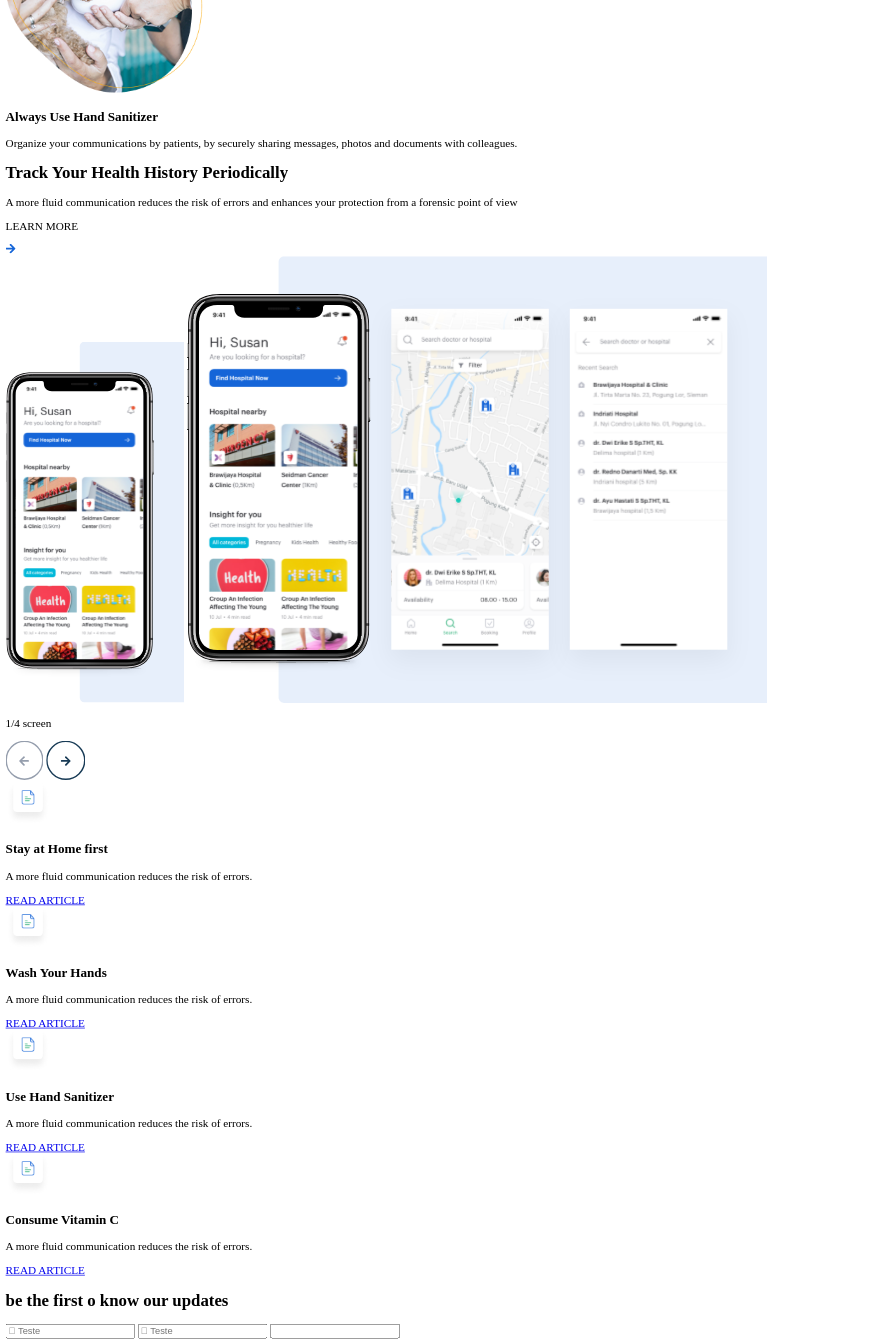
Repository: Esttevo/prova-html-css
Page: index.html
These files come from the project's save history. The page is drawn as it stood at one moment and after a run of saves; the edit follows.
The browser window is 1280 px wide. The pictures show the part of the page from y = 3453 to 5373 px (the page is 5373 px tall), at 70% of full size.
A picture or video elsewhere on the page could not be fetched, so the positions and the page height are approximate.

Above is the page before, as saved 2026-08-31 18:43:33.

### index.html
<!DOCTYPE html>
<html lang="en">
<head>
    <meta charset="UTF-8">
    <meta name="viewport" content="width=device-width, initial-scale=1.0">
    <title>Document</title>
    <link rel="stylesheet" href="https://cdnjs.cloudflare.com/ajax/libs/font-awesome/7.3.1/css/all.min.css" integrity="sha512-QeR2VH+lsBE5LSAe1Q5EnTBbe7XTBubt8dG93Y7gidSgdMCr8nVqKcfKAMyN96SV8KDbZVTDXChatu5G2KQGzg==" crossorigin="anonymous" referrerpolicy="no-referrer">
</head>
<body>
    <header>
        <img id="header-logo" src="img/icons/Logo.svg" alt="Logo escrita EHYA">

        <nav id="header-nav">
            <a class="no-chevron" href="#">Home</a>
            <a class="with-chevron" href="#">
                Landings
                <img src="img/icons/icon-chevron-down.svg" alt="indica que possui uma lista ao clicar">
            </a>
            <a class="with-chevron" href="#">
                Pages
                <img src="img/icons/icon-chevron-down.svg" alt="indica que possui uma lista ao clicar">
            </a>
            <a href="#">Docs</a>
            <a href="#">Help</a>
            <button>Get it now</button>
        </nav>

        <img src="img/icons/icon-menu-hamburger.svg" alt="Menu hamburger">
    </header>

    <main>
        <section id="section-hero">
            <div id="hero-text">
                <div class="estilization-bar"></div>

                <h4>
                    Changing the way you
                    go to healthcare
                </h4>

                <h1>
                    Primary Care
                    Designed for
                    Real Life
                </h1>

                <p>
                 Discuss patients,
                 share notes and documents
                 in a secure manner and be part
                 of a network of health professionals ready to
                 collaborate better.
                </p>

                <div id="subscribe">
                    <p id="email">
                        name@youremail.com
                    </p>

                    <button>
                        Subscribe
                    </button>
                </div>
            </div>
            <img src="img/image-hero.png" alt="4 medicos sorrindo e uma medica sobrepondo os 4">
        </section>

        <section id="section-connect">
            <div id="connect-tittle-subtittle">
                <h2>
                    Connect easily. Collaborate efficiently.
                </h2>

                 <p>
                    Rather than do things the
                    ypical way, we’ve created
                    a membership-based primary
                    care practice truly designed
                    around your needs.
                </p>
            </div>

           <img src="img/Dashboard.svg" alt="dashboard de exemplo de um sistema de agendamento">

           <div id="first-card-advantages">
                <h2>01</h2>
                <h3>For Doctor</h3>
                <p>
                    You get an in-house
                    team to guide and advocate
                    for you through questions
                </p>
           </div>

           <div id="second-card-advantages">
                <h2>02</h2>
                <h3>For Patient</h3>
                <p>
                    You get an in-house
                    team to guide and advocate
                    for you through questions
                </p>
           </div>

           <div id="third-card-advantages">
                <h2>03</h2>
                <h3>For Clinician</h3>
                <p>
                    You get an in-house
                    team to guide and advocate
                    for you through questions
                </p>
           </div>
        </section>

        <section id="section-protect">
            <h2>
                Protect yourself and your family first.
            </h2>

            <div id="protect-content-tips">
                <div class="content-tips-card">
                    <img src="img/icons/icon-house.svg" alt="Casa">

                    <h3>
                        Stay at Home first
                    </h3>

                    <p>
                        Our technology makes
                        it practically impossible
                        for any patient data breach to occur
                    </p>
                </div>

                <div class="content-tips-card">
                    <img src="img/icons/icon-hand.svg" alt="Lavando a mao">

                    <h3>
                        Wash Your Hands Periodically
                    </h3>

                    <p>
                        You can talk freely and confidently
                        about patients with other health professionals
                         treating them
                    </p>
                </div>

                <div class="content-tips-card">
                    <img src="img/icons/icon-remedy.svg" alt="pilula de remedio">

                    <h3>
                        Consume more Vitamin C
                    </h3>

                    <p>
                        A more fluid communication reduces
                        the risk of errors and enhances your
                        protection from a forensic point of view
                    </p>
                </div>

                <div class="content-tips-card">
                    <img src="img/icons/icon-medicament.svg" alt="Caixa de remedio">

                    <h3>
                        Always Use Hand Sanitizer
                    </h3>

                    <p>
                        Organize your communications
                        by patients, by securely sharing
                        messages, photos and documents
                        with colleagues.
                    </p>
                </div>
            </div>
        </section>

        <section id="section-modern">
            <h2>
                Modern clinics.
                Smart, hassle
                -free care.
            </h2>

            <div id="first-and-second-content">
                <div class="modern-content-img-text">
                    <img src="img/image-medic.svg" alt="equipamentos de medico">
                    <h3>
                        Consume more Vitamin C
                    </h3>

                    <p>
                        A more fluid communication reduces
                        the risk of errors and enhances your
                        protection from a forensic point of view
                    </p>
                </div>

                <div class="modern-content-img-text">
                    <img src="img/image-kid.png" alt="Criança caminhando de mão dada">
                    <h3>
                        Wash Your Hands Periodically
                    </h3>

                    <p>
                        You can talk freely and confidently
                        about patients with other health professionals
                         treating them
                    </p>
                </div>
            </div>

            <div id="third-and-fourth-content">
                <div class="modern-content-img-text">
                    <img src="img/image-dog.png" alt="cachorro tomando agua no colo">
                    <h3>
                        Always Use Hand Sanitizer
                    </h3>

                    <p>
                        Organize your communications
                        by patients, by securely sharing
                        messages, photos and documents
                        with colleagues.
                    </p>
                </div>
            </div>
        </section>

        <section id="section-health">
            <div class="health-content-text">
                <div class="estilization-bar"></div>

                <h2>
                     Track Your Health
                     History Periodically
                </h2>

                <p>
                 A more fluid communication reduces
                 the risk of errors and enhances your
                 protection from a forensic
                 point of view
                </p>

                <div id="learn-more">
                     <p>LEARN MORE</p>
                     <img src="img/icons/icon-arrow-right.svg" alt="seta para a direita, clique para ler mais">
                </div>
            </div>

           <img id="image-mobile" src="img/image-health-mobile.svg" alt="iphone em um site de localização de hospitais com mapa e busca">
            <img id="image-desktop" src="img/image-health-desktop.svg" alt="iphone em um site de localização de hospitais com mapa e busca">
           <div id="count-pages">
                <p>1/4 screen</p>

                <div id="img-arrow">
                    <img src="img/icons/icon-button-left.svg" alt="botão para tela da esquerda">
                    <img src="img/icons/icon-button-right.svg" alt="botão para tela da direita">
                </div>
           </div>
        </section>

        <section id="section-resources">
            <article class="selected-resources-card">
                <img src="img/icons/icon-docs.png" alt="simbolo de documento">

                <h3>Stay at Home first</h3>

                <p>
                    A more fluid communication
                    reduces the risk of errors.
                </p>

                <a href="#">
                    READ ARTICLE
                </a>
            </article>

            <article class="resources-card">
                <img src="img/icons/icon-docs.png" alt="simbolo de documento">

                <h3>
                    Wash Your Hands
                </h3>

                <p>
                    A more fluid communication
                    reduces the risk of errors.
                </p>

                <a href="#">
                    READ ARTICLE
                </a>
            </article>

            <article class="resources-card">
                <img src="img/icons/icon-docs.png" alt="simbolo de documento">

                <h3>Use Hand Sanitizer</h3>

                <p>
                    A more fluid communication
                    reduces the risk of errors.
                </p>

                <a href="#">
                    READ ARTICLE
                </a>
            </article>

            <article class="resources-card">
                <img src="img/icons/icon-docs.png" alt="simbolo de documento">

                <h3>Consume Vitamin C</h3>

                <p>
                    A more fluid communication
                    reduces the risk of errors.
                </p>

                <a href="#">
                    READ ARTICLE
                </a>
            </article>
        </section>

        <section id="section-updates">
            <h2>be the first o know our updates</h2>

            <form action="#">
                <input  type="text" id="name" name="name" placeholder="&#xF007; Teste">
                <input  type="text" id="name" name="name" placeholder="&#xF007; Teste">
                <input
            </form>
        </section>
    </main>
</body>
</html>

After the next 4 saves:
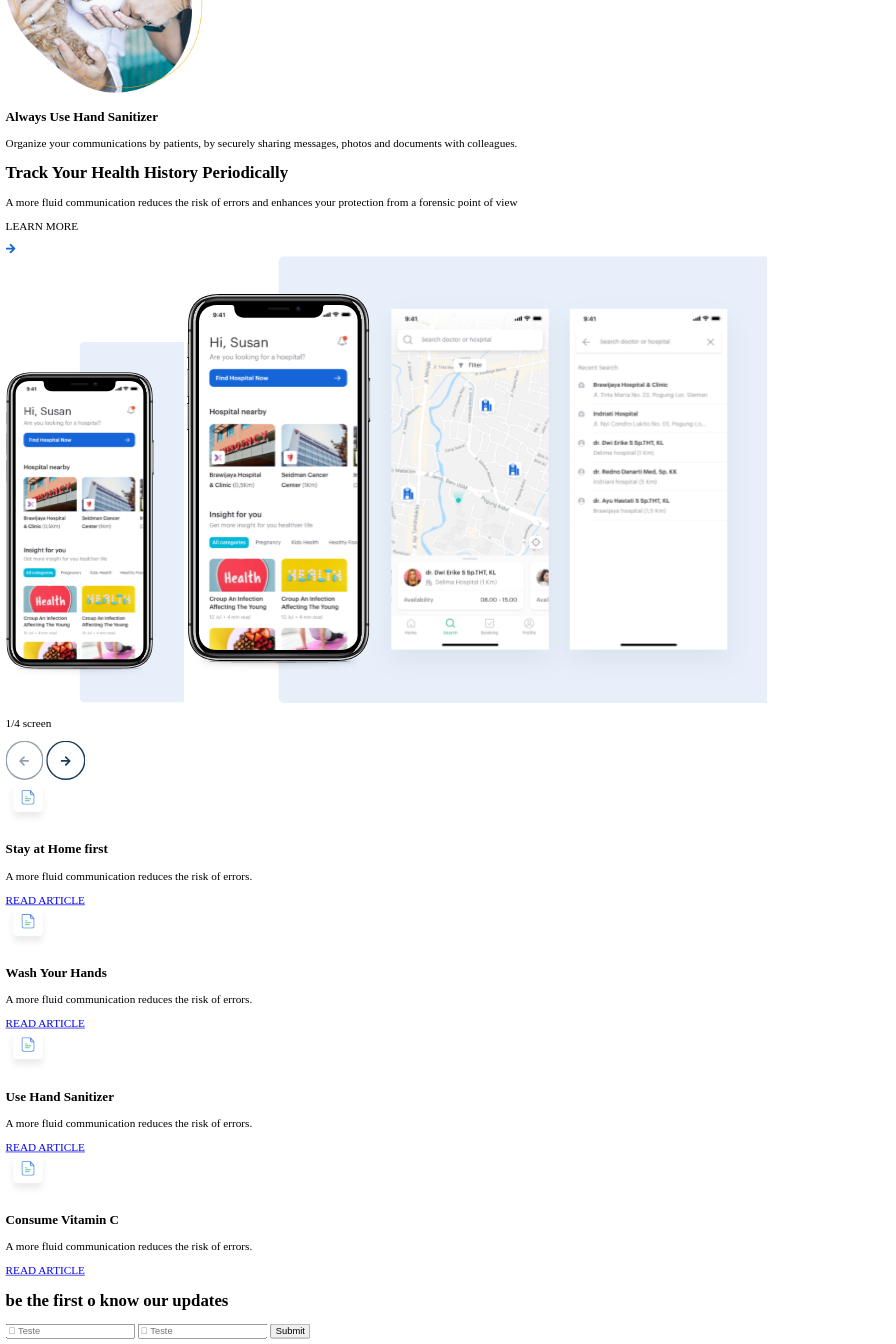
The 4 saves are shown as one change because they came seconds apart.
The last was saved 11 s later.
--- a/index.html
+++ b/index.html
@@ -334,7 +334,7 @@
             <form action="#">
                 <input  type="text" id="name" name="name" placeholder="&#xF007; Teste">
                 <input  type="text" id="name" name="name" placeholder="&#xF007; Teste">
-                <input
+                <input type="submit"
             </form>
         </section>
     </main>
